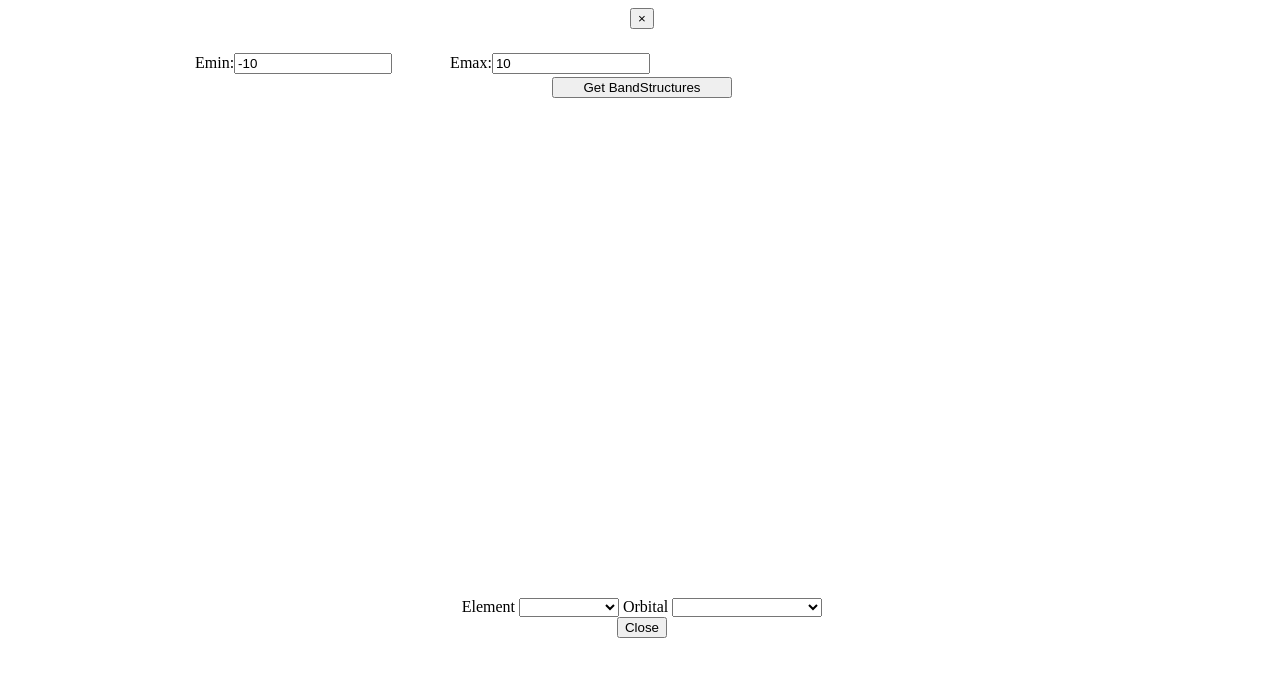
Repository: atowfiq/FESD_website-scripts
Page: http://localhost/fesdweb/BandstructureChart.jsp
These files come from the project's save history. The page is drawn as it stood at one moment and after the next save; the edit follows.
The browser window is 1280 px wide. The pictures show the whole page.
The page is served by Tomcat 9.

Above is the page before, as saved 2017-07-28 00:53:44.

After the next save:
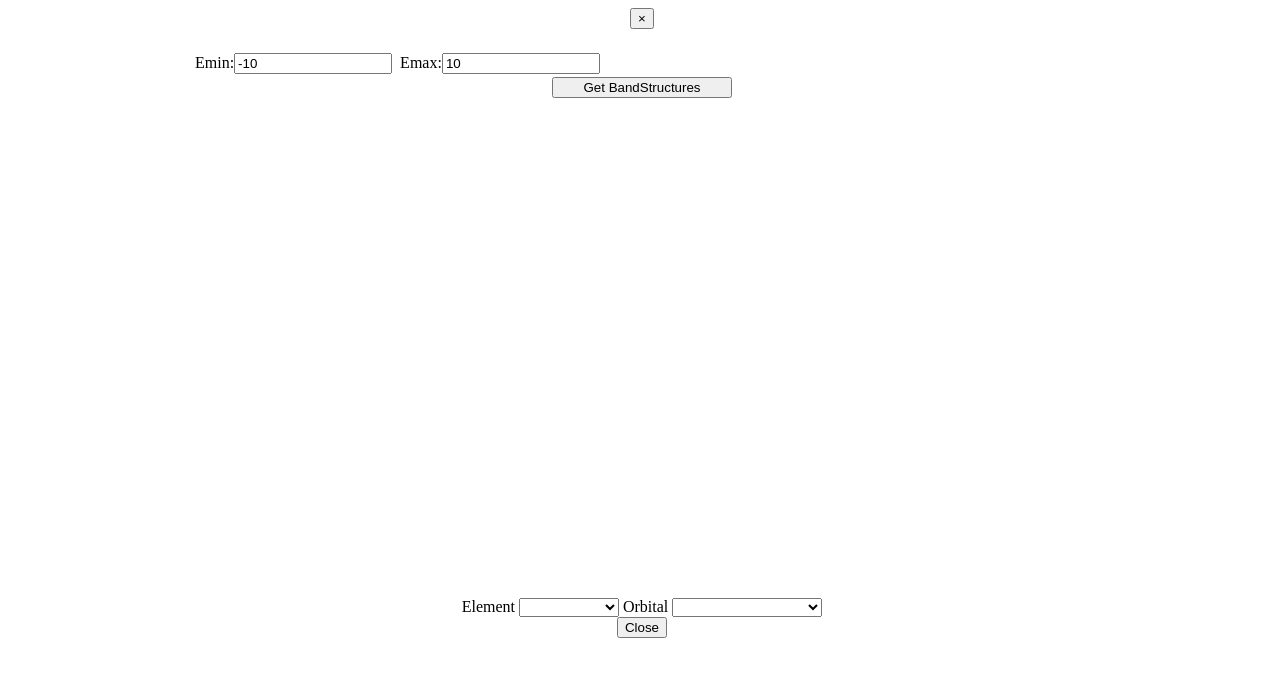
Saved 22 s later.
--- a/fesdweb/WebContent/BandstructureChart.jsp
+++ b/fesdweb/WebContent/BandstructureChart.jsp
@@ -183,7 +183,7 @@ margin-top:-40px;
     <td>
 <label>Emin:</label><input id="EminBC" style="width:150px;"  class="form-control"  value="-10">
 </td>
-<td style="width: 50px">
+<td >
 </td>
 
 <td>
